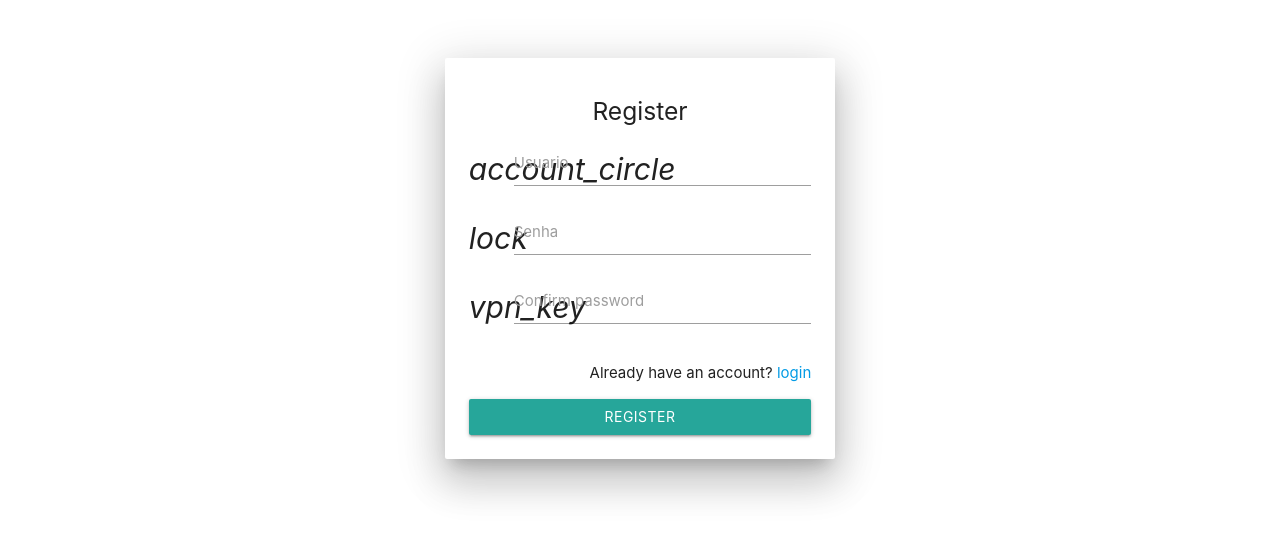
Repository: luizasilveira/TechWeb
Page: http://localhost/techWebP1/login.jsp
These files come from the project's save history. The page is drawn as it stood at one moment and after the next save; the edit follows.
The browser window is 1280 px wide. The pictures show the whole page.
The page is served by Tomcat 9.

Above is the page before, as saved 2019-09-10 11:56:16.

After the next save:
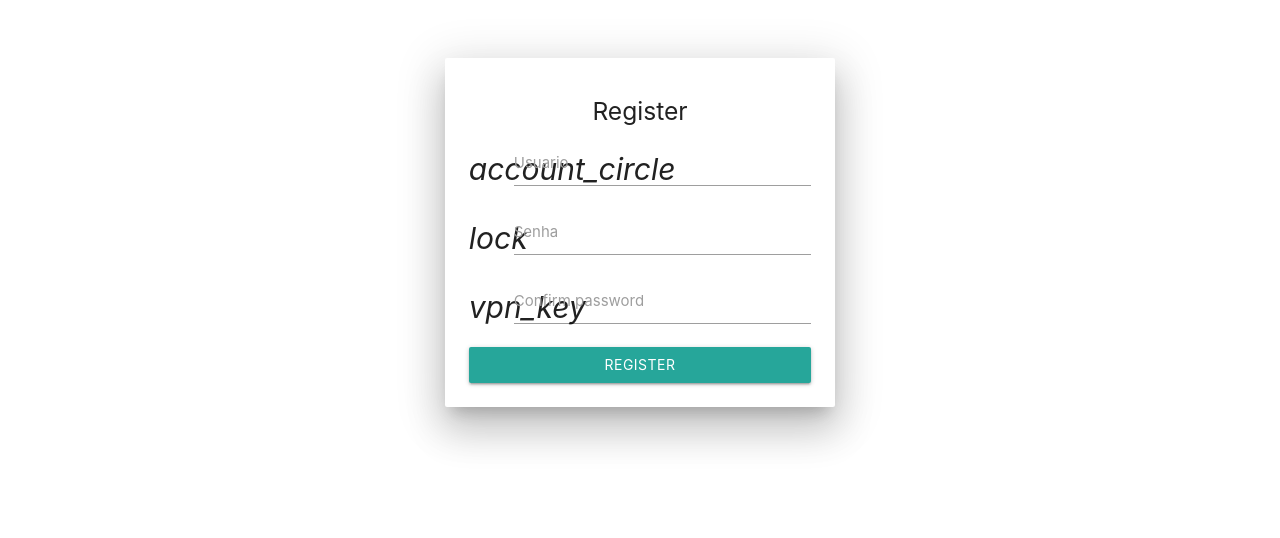
Saved 42 s later.
--- a/Projeto1/techWebP1/WebContent/login.jsp
+++ b/Projeto1/techWebP1/WebContent/login.jsp
@@ -55,7 +55,7 @@
                     <input type="password" name="pass2">
                     <label>Confirm password</label>
                   </div>
-                  <p class="right">Already have an account? <a href="#login" class="modal-trigger">login</a></p>
+
                   <input type="submit" name="submit" value="register" class="btn left col s12">
 
                   <div class="clearfix"></div>

After the save that followed:
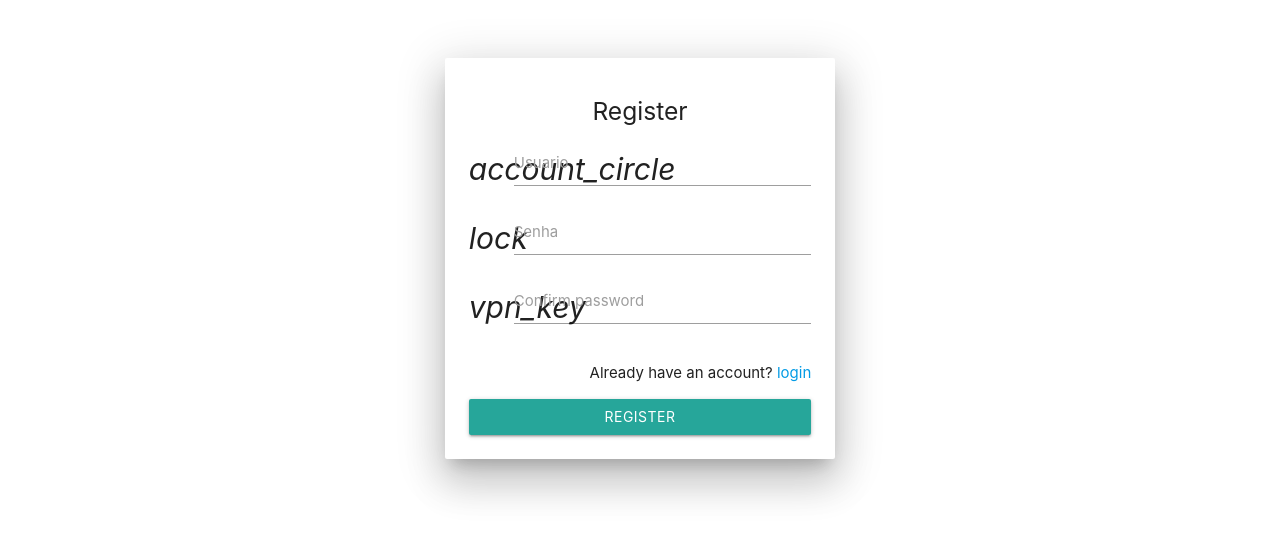
Saved 52 s later.
--- a/Projeto1/techWebP1/WebContent/login.jsp
+++ b/Projeto1/techWebP1/WebContent/login.jsp
@@ -55,7 +55,7 @@
                     <input type="password" name="pass2">
                     <label>Confirm password</label>
                   </div>
-
+                  <p class="right">Already have an account? <a href="#login" class="modal-trigger">login</a></p>
                   <input type="submit" name="submit" value="register" class="btn left col s12">
 
                   <div class="clearfix"></div>
